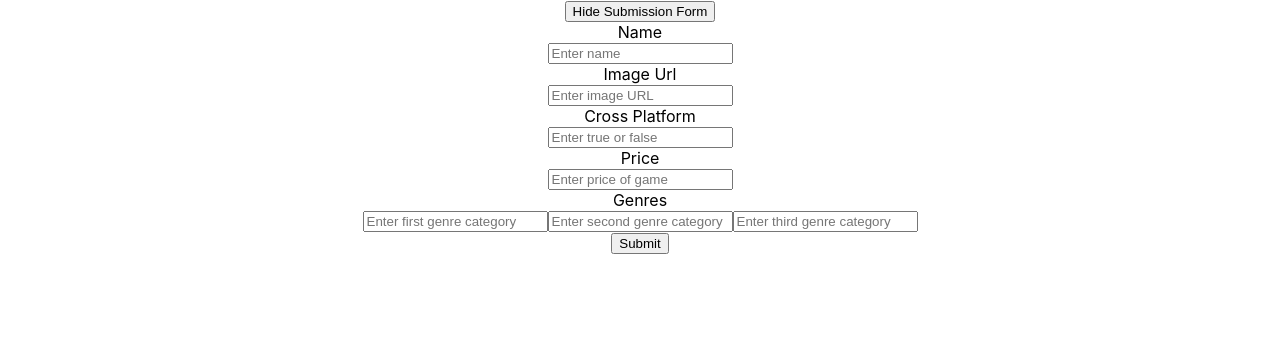
Repository: The-Software-Guild/assessment-2-react-nj10deadend
Page: / (app in Part-2/React-section/frontend/), after clicking the first element matching `button`
An editor plug-in stored every save of this project. The page is shown before and after a run of saves, followed by the edit.
The browser window is 1280 px wide. The pictures show the whole page.
The page's requests for data from a server got no answer. The project was rebuilt for these pictures with package versions that can differ from the ones it lists, and the page was loaded fresh each time. No one was signed in, and anything a server would have sent is missing. Also part of the build but not shown: Part-2/React-section/frontend/src/components/GameCards.js.

Above is the page before, as saved 2021-12-19 10:56:52.

After the next 2 saves:
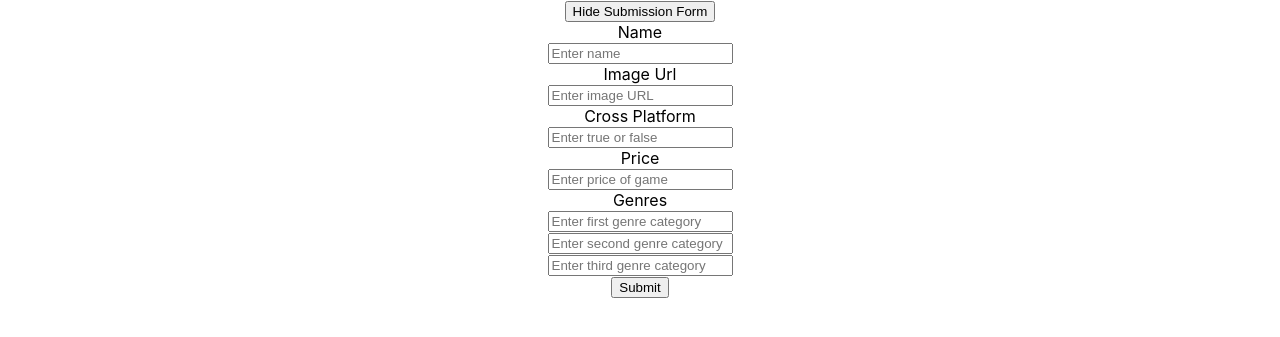
The 2 saves are shown as one change because they came seconds apart.
The last was saved 47 s later.
--- a/Part-2/React-section/frontend/src/components/AddGameForm.js
+++ b/Part-2/React-section/frontend/src/components/AddGameForm.js
@@ -39,9 +39,10 @@ function AddGameForm () {
                         <label for="genres">Genres</label>
                         <br></br>
                         <input type="text" name="genres" placeholder="Enter first genre category" id="genre1" />
+                        <br></br>
                         <input type="text" name="genres" placeholder="Enter second genre category" id="genre2" />
+                        <br></br>
                         <input type="text" name="genres" placeholder="Enter third genre category" id="genre3" />
-
                     </div>
                     <input type="submit" value="Submit"/>
 
